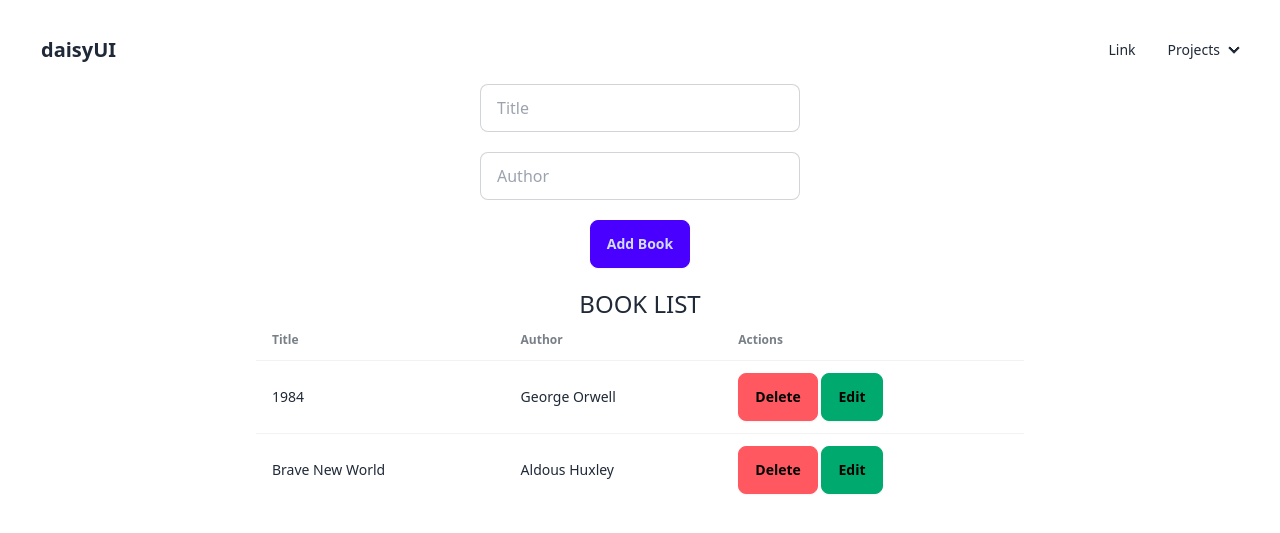
Repository: sibi24sibi/Crud-app-svelte
Page: /
The author's editor kept a copy of each file at every save. The page is drawn from the files as they stood at one save, then again after the next save.
The browser window is 1280 px wide. The pictures show the whole page.
The project was rebuilt for these pictures with package versions that can differ from the ones it lists, and the page was loaded fresh each time. Also part of the build but not shown: svelte.config.js, vite.config.js.

Above is the page before, as saved 2024-06-30 19:07:29.

After the next save:
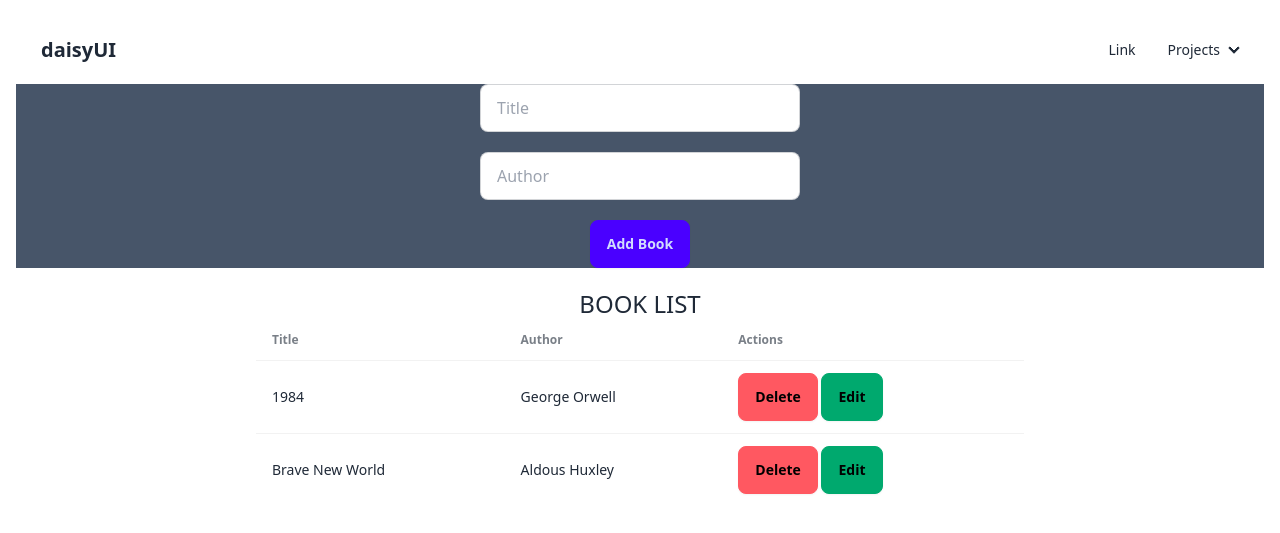
Saved 16 s later.
--- a/src/Components/AddBook.svelte
+++ b/src/Components/AddBook.svelte
@@ -13,7 +13,7 @@
   }
 </script>
 
-<div class="flex flex-col justify-center items-center gap-5">
+<div class="flex flex-col justify-center items-center gap-5 bg-slate-600">
   <input
     placeholder="Title"
     class="input input-bordered w-full max-w-xs"
